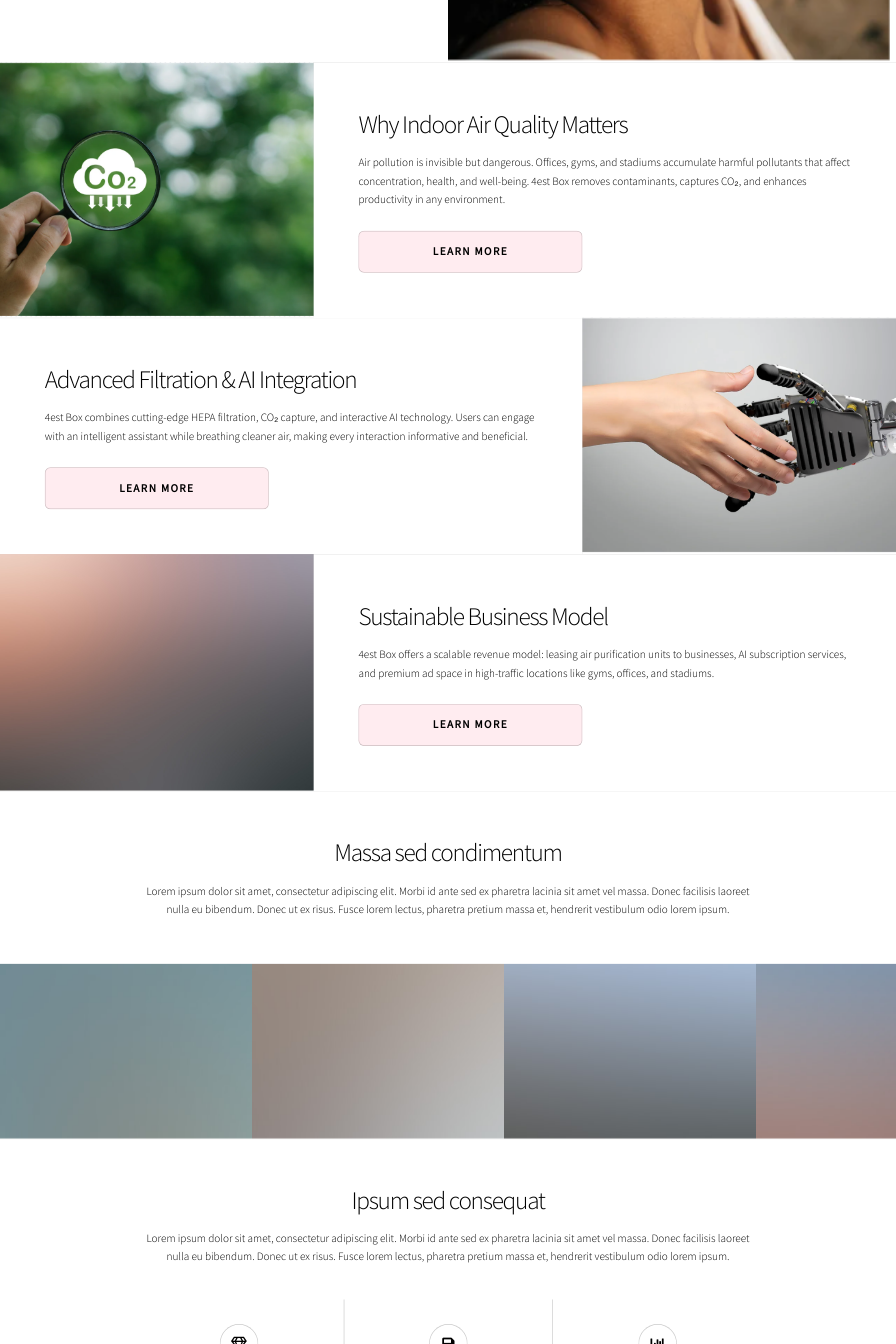
Repository: alejandroRdzGarza/4est-box-landing-page
Page: index.html
An editor plug-in stored every save of this project. The page is shown before and after a run of saves, followed by the edit.
The browser window is 1280 px wide. The pictures show the part of the page from y = 631 to 2551 px (the page is 5689 px tall), at 70% of full size.

Above is the page before, as saved 2025-03-04 19:01:55.

### index.html
<!DOCTYPE HTML>
<!--
	Story by HTML5 UP
	html5up.net | @ajlkn
	Free for personal and commercial use under the CCA 3.0 license (html5up.net/license)
-->
<html>
	<head>
		<title>Story by HTML5 UP</title>
		<meta charset="utf-8" />
		<meta name="viewport" content="width=device-width, initial-scale=1, user-scalable=no" />
		<link rel="stylesheet" href="assets/css/main.css" />
		<link rel="stylesheet" href="assets/css/pricing-table.css" />
		<noscript><link rel="stylesheet" href="assets/css/noscript.css" /></noscript>
	</head>
	<body class="is-preload">

		<!-- Wrapper -->
			<div id="wrapper" class="divided">

				<!-- One -->
					<section class="banner style1 orient-left content-align-left image-position-right fullscreen onload-image-fade-in onload-content-fade-right">
						<div class="content">
							<h1>4est-box</h1>
							<p class="major">Purifying the air you breathe while providing interactive experiences and sustainable advertising solutions. 4est Box is the future of clean air technology for indoor spaces.</p>
							<ul class="actions stacked">
								<li><a href="#first" class="button big wide smooth-scroll-middle">Get Started</a></li>
							</ul>
						</div>
						<div class="image">
							<img src="images-landing/5.png" alt="" />
						</div>
					</section>

				<!-- Two -->
					<section class="spotlight style1 orient-right content-align-left image-position-center onscroll-image-fade-in" id="first">
						<div class="content">
							<h2>Why Indoor Air Quality Matters</h2>
							<p>Air pollution is invisible but dangerous. Offices, gyms, and stadiums accumulate harmful pollutants that affect concentration, health, and well-being. 4est Box removes contaminants, captures CO₂, and enhances productivity in any environment.</p>
							<ul class="actions stacked">
								<li><a href="#" class="button">Learn More</a></li>
							</ul>
						</div>
						<div class="image">
							<img src="images-landing/1.png" alt="" />
						</div>
					</section>

				<!-- Three -->
					<section class="spotlight style1 orient-left content-align-left image-position-center onscroll-image-fade-in">
						<div class="content">
							<h2>Advanced Filtration & AI Integration</h2>
							<p>4est Box combines cutting-edge HEPA filtration, CO₂ capture, and interactive AI technology. Users can engage with an intelligent assistant while breathing cleaner air, making every interaction informative and beneficial.</p>
							<ul class="actions stacked">
								<li><a href="#" class="button">Learn More</a></li>
							</ul>
						</div>
						<div class="image">
							<img src="images-landing/2.png" alt="" />
						</div>
					</section>

				<!-- Four -->
					<section class="spotlight style1 orient-right content-align-left image-position-center onscroll-image-fade-in">
						<div class="content">
							<h2>Sustainable Business Model</h2>
							<p>4est Box offers a scalable revenue model: leasing air purification units to businesses, AI subscription services, and premium ad space in high-traffic locations like gyms, offices, and stadiums.</p>
							<ul class="actions stacked">
								<li><a href="#" class="button">Learn More</a></li>
							</ul>
						</div>
						<div class="image">
							<img src="images/spotlight03.jpg" alt="" />
						</div>
					</section>

				<!-- Five -->
					<section class="wrapper style1 align-center">
						<div class="inner">
							<h2>Massa sed condimentum</h2>
							<p>Lorem ipsum dolor sit amet, consectetur adipiscing elit. Morbi id ante sed ex pharetra lacinia sit amet vel massa. Donec facilisis laoreet nulla eu bibendum. Donec ut ex risus. Fusce lorem lectus, pharetra pretium massa et, hendrerit vestibulum odio lorem ipsum.</p>
						</div>

						<!-- Gallery -->
							<div class="gallery style2 medium lightbox onscroll-fade-in">
								<article>
									<a href="images/gallery/fulls/01.jpg" class="image">
										<img src="images/gallery/thumbs/01.jpg" alt="" />
									</a>
									<div class="caption">
										<h3>Ipsum Dolor</h3>
										<p>Lorem ipsum dolor amet, consectetur magna etiam elit. Etiam sed ultrices.</p>
										<ul class="actions fixed">
											<li><span class="button small">Details</span></li>
										</ul>
									</div>
								</article>
								<article>
									<a href="images/gallery/fulls/02.jpg" class="image">
										<img src="images/gallery/thumbs/02.jpg" alt="" />
									</a>
									<div class="caption">
										<h3>Feugiat Lorem</h3>
										<p>Lorem ipsum dolor amet, consectetur magna etiam elit. Etiam sed ultrices.</p>
										<ul class="actions fixed">
											<li><span class="button small">Details</span></li>
										</ul>
									</div>
								</article>
								<article>
									<a href="images/gallery/fulls/03.jpg" class="image">
										<img src="images/gallery/thumbs/03.jpg" alt="" />
									</a>
									<div class="caption">
										<h3>Magna Amet</h3>
										<p>Lorem ipsum dolor amet, consectetur magna etiam elit. Etiam sed ultrices.</p>
										<ul class="actions fixed">
											<li><span class="button small">Details</span></li>
										</ul>
									</div>
								</article>
								<article>
									<a href="images/gallery/fulls/04.jpg" class="image">
										<img src="images/gallery/thumbs/04.jpg" alt="" />
									</a>
									<div class="caption">
										<h3>Sed Tempus</h3>
										<p>Lorem ipsum dolor amet, consectetur magna etiam elit. Etiam sed ultrices.</p>
										<ul class="actions fixed">
											<li><span class="button small">Details</span></li>
										</ul>
									</div>
								</article>
								<article>
									<a href="images/gallery/fulls/05.jpg" class="image">
										<img src="images/gallery/thumbs/05.jpg" alt="" />
									</a>
									<div class="caption">
										<h3>Ultrices Magna</h3>
										<p>Lorem ipsum dolor amet, consectetur magna etiam elit. Etiam sed ultrices.</p>
										<ul class="actions fixed">
											<li><span class="button small">Details</span></li>
										</ul>
									</div>
								</article>
								<article>
									<a href="images/gallery/fulls/06.jpg" class="image">
										<img src="images/gallery/thumbs/06.jpg" alt="" />
									</a>
									<div class="caption">
										<h3>Sed Tempus</h3>
										<p>Lorem ipsum dolor amet, consectetur magna etiam elit. Etiam sed ultrices.</p>
										<ul class="actions fixed">
											<li><span class="button small">Details</span></li>
										</ul>
									</div>
								</article>
								<article>
									<a href="images/gallery/fulls/07.jpg" class="image">
										<img src="images/gallery/thumbs/07.jpg" alt="" />
									</a>
									<div class="caption">
										<h3>Ipsum Lorem</h3>
										<p>Lorem ipsum dolor amet, consectetur magna etiam elit. Etiam sed ultrices.</p>
										<ul class="actions fixed">
											<li><span class="button small">Details</span></li>
										</ul>
									</div>
								</article>
								<article>
									<a href="images/gallery/fulls/08.jpg" class="image">
										<img src="images/gallery/thumbs/08.jpg" alt="" />
									</a>
									<div class="caption">
										<h3>Magna Risus</h3>
										<p>Lorem ipsum dolor amet, consectetur magna etiam elit. Etiam sed ultrices.</p>
										<ul class="actions fixed">
											<li><span class="button small">Details</span></li>
										</ul>
									</div>
								</article>
								<article>
									<a href="images/gallery/fulls/09.jpg" class="image">
										<img src="images/gallery/thumbs/09.jpg" alt="" />
									</a>
									<div class="caption">
										<h3>Tempus Dolor</h3>
										<p>Lorem ipsum dolor amet, consectetur magna etiam elit. Etiam sed ultrices.</p>
										<ul class="actions fixed">
											<li><span class="button small">Details</span></li>
										</ul>
									</div>
								</article>
								<article>
									<a href="images/gallery/fulls/10.jpg" class="image">
										<img src="images/gallery/thumbs/10.jpg" alt="" />
									</a>
									<div class="caption">
										<h3>Sed Etiam</h3>
										<p>Lorem ipsum dolor amet, consectetur magna etiam elit. Etiam sed ultrices.</p>
										<ul class="actions fixed">
											<li><span class="button small">Details</span></li>
										</ul>
									</div>
								</article>
								<article>
									<a href="images/gallery/fulls/11.jpg" class="image">
										<img src="images/gallery/thumbs/11.jpg" alt="" />
									</a>
									<div class="caption">
										<h3>Magna Lorem</h3>
										<p>Lorem ipsum dolor amet, consectetur magna etiam elit. Etiam sed ultrices.</p>
										<ul class="actions fixed">
											<li><span class="button small">Details</span></li>
										</ul>
									</div>
								</article>
								<article>
									<a href="images/gallery/fulls/12.jpg" class="image">
										<img src="images/gallery/thumbs/12.jpg" alt="" />
									</a>
									<div class="caption">
										<h3>Ipsum Dolor</h3>
										<p>Lorem ipsum dolor amet, consectetur magna etiam elit. Etiam sed ultrices.</p>
										<ul class="actions fixed">
											<li><span class="button small">Details</span></li>
										</ul>
									</div>
								</article>
							</div>

					</section>

				<!-- Six -->
					<section class="wrapper style1 align-center">
						<div class="inner">
							<h2>Ipsum sed consequat</h2>
							<p>Lorem ipsum dolor sit amet, consectetur adipiscing elit. Morbi id ante sed ex pharetra lacinia sit amet vel massa. Donec facilisis laoreet nulla eu bibendum. Donec ut ex risus. Fusce lorem lectus, pharetra pretium massa et, hendrerit vestibulum odio lorem ipsum.</p>
							<div class="items style1 medium onscroll-fade-in">
								<section>
									<span class="icon style2 major fa-gem"></span>
									<h3>Lorem</h3>
									<p>Lorem ipsum dolor sit amet, consectetur adipiscing elit. Morbi dui turpis, cursus eget orci amet aliquam congue semper. Etiam eget ultrices risus nec tempor elit.</p>
								</section>
								<section>
									<span class="icon solid style2 major fa-save"></span>
									<h3>Ipsum</h3>
									<p>Lorem ipsum dolor sit amet, consectetur adipiscing elit. Morbi dui turpis, cursus eget orci amet aliquam congue semper. Etiam eget ultrices risus nec tempor elit.</p>
								</section>
								<section>
									<span class="icon solid style2 major fa-chart-bar"></span>
									<h3>Dolor</h3>
									<p>Lorem ipsum dolor sit amet, consectetur adipiscing elit. Morbi dui turpis, cursus eget orci amet aliquam congue semper. Etiam eget ultrices risus nec tempor elit.</p>
								</section>
								<section>
									<span class="icon solid style2 major fa-wifi"></span>
									<h3>Amet</h3>
									<p>Lorem ipsum dolor sit amet, consectetur adipiscing elit. Morbi dui turpis, cursus eget orci amet aliquam congue semper. Etiam eget ultrices risus nec tempor elit.</p>
								</section>
								<section>
									<span class="icon solid style2 major fa-cog"></span>
									<h3>Magna</h3>
									<p>Lorem ipsum dolor sit amet, consectetur adipiscing elit. Morbi dui turpis, cursus eget orci amet aliquam congue semper. Etiam eget ultrices risus nec tempor elit.</p>
								</section>
								<section>
									<span class="icon style2 major fa-paper-plane"></span>
									<h3>Tempus</h3>
									<p>Lorem ipsum dolor sit amet, consectetur adipiscing elit. Morbi dui turpis, cursus eget orci amet aliquam congue semper. Etiam eget ultrices risus nec tempor elit.</p>
								</section>
								<section>
									<span class="icon solid style2 major fa-desktop"></span>
									<h3>Aliquam</h3>
									<p>Lorem ipsum dolor sit amet, consectetur adipiscing elit. Morbi dui turpis, cursus eget orci amet aliquam congue semper. Etiam eget ultrices risus nec tempor elit.</p>
								</section>
								<section>
									<span class="icon solid style2 major fa-sync-alt"></span>
									<h3>Elit</h3>
									<p>Lorem ipsum dolor sit amet, consectetur adipiscing elit. Morbi dui turpis, cursus eget orci amet aliquam congue semper. Etiam eget ultrices risus nec tempor elit.</p>
								</section>
								<section>
									<span class="icon solid style2 major fa-hashtag"></span>
									<h3>Morbi</h3>
									<p>Lorem ipsum dolor sit amet, consectetur adipiscing elit. Morbi dui turpis, cursus eget orci amet aliquam congue semper. Etiam eget ultrices risus nec tempor elit.</p>
								</section>
								<section>
									<span class="icon solid style2 major fa-bolt"></span>
									<h3>Turpis</h3>
									<p>Lorem ipsum dolor sit amet, consectetur adipiscing elit. Morbi dui turpis, cursus eget orci amet aliquam congue semper. Etiam eget ultrices risus nec tempor elit.</p>
								</section>
								<section>
									<span class="icon solid style2 major fa-envelope"></span>
									<h3>Ultrices</h3>
									<p>Lorem ipsum dolor sit amet, consectetur adipiscing elit. Morbi dui turpis, cursus eget orci amet aliquam congue semper. Etiam eget ultrices risus nec tempor elit.</p>
								</section>
								<section>
									<span class="icon solid style2 major fa-leaf"></span>
									<h3>Risus</h3>
									<p>Lorem ipsum dolor sit amet, consectetur adipiscing elit. Morbi dui turpis, cursus eget orci amet aliquam congue semper. Etiam eget ultrices risus nec tempor elit.</p>
								</section>
							</div>
						</div>
					</section>


					<section class="plans__container">
						<div class="plans">
						<div class="plansHero">
							<h1 class="plansHero__title">Simple, transparent pricing</h1>
							<p class="plansHero__subtitle">No contracts. No suprise fees.</p>
						</div>
						<div class="planItem__container">
							<!--free plan starts -->
							<div class="planItem planItem--free">

							<div class="card">
								<div class="card__header">
								<div class="card__icon symbol symbol--rounded"></div>
								<h2>Free</h2>
								</div>
								<div class="card__desc">Lorem ipsum dolor sit amet, consectetur adipisicing elit, sed do</div>
							</div>

							<div class="price">$0<span>/ month</span></div>

							<ul class="featureList">
								<li>2 links</li>
								<li>Own analytics platform</li>
								<li class="disabled">Chat support</li>
								<li class="disabled">Mobile application</li>
								<li class="disabled">Unlimited users</li>
							</ul>

							<button class="button">Get Started</button>
							</div>
							<!--free plan ends -->

							<!--pro plan starts -->
							<div class="planItem planItem--pro">
							<div class="card">
								<div class="card__header">
								<div class="card__icon symbol"></div>
								<h2>Pro</h2>
								<div class="card__label label">Best Value</div>
								</div>
								<div class="card__desc">Ut enim ad minim veniam, quis nostrud exercitation ullamco laboris</div>
							</div>

							<div class="price">$18<span>/ month</span></div>

							<ul class="featureList">
								<li>2 links</li>
								<li>Own analytics platform</li>
								<li>Chat support</li>
								<li class="disabled">Mobile application</li>
								<li class="disabled">Unlimited users</li>
							</ul>

							<button class="button button--pink">Get Started</button>
							</div>
							<!--pro plan ends -->

							<!--entp plan starts -->
							<div class="planItem planItem--entp">
							<div class="card">
								<div class="card__header">
								<div class="card__icon"></div>
								<h2>Enterprise</h2>
								</div>
								<div class="card__desc">Nisi ut aliquip ex ea commodo consequat. Duis aute irure dolor</div>
							</div>

							<div class="price">Let's Talk</div>

							<ul class="featureList">
								<li>2 links</li>
								<li>Own analytics platform</li>
								<li>Chat support</li>
								<li>Mobile application</li>
								<li>Unlimited users</li>
								<li>Customize Panel</li>
							</ul>

							<button class="button button--white">Get Started</button>
							</div>
							<!--entp plan ends -->

						</div>
						</div>
					</section>

				<!-- Seven -->
					<section class="wrapper style1 align-center">
						<div class="inner medium">
							<h2>Get in touch</h2>
							<form method="post" action="#">
								<div class="fields">
									<div class="field half">
										<label for="name">Name</label>
										<input type="text" name="name" id="name" value="" />
									</div>
									<div class="field half">
										<label for="email">Email</label>
										<input type="email" name="email" id="email" value="" />
									</div>
									<div class="field">
										<label for="message">Message</label>
										<textarea name="message" id="message" rows="6"></textarea>
									</div>
								</div>
								<ul class="actions special">
									<li><input type="submit" name="submit" id="submit" value="Send Message" /></li>
								</ul>
							</form>

						</div>
					</section>

				<!-- Footer -->
					<footer class="wrapper style1 align-center">
						<div class="inner">
							<ul class="icons">
								<li><a href="#" class="icon brands style2 fa-twitter"><span class="label">Twitter</span></a></li>
								<li><a href="#" class="icon brands style2 fa-facebook-f"><span class="label">Facebook</span></a></li>
								<li><a href="#" class="icon brands style2 fa-instagram"><span class="label">Instagram</span></a></li>
								<li><a href="#" class="icon brands style2 fa-linkedin-in"><span class="label">LinkedIn</span></a></li>
								<li><a href="#" class="icon style2 fa-envelope"><span class="label">Email</span></a></li>
							</ul>
							<p>&copy; Untitled. Design: <a href="https://html5up.net">HTML5 UP</a>.</p>
						</div>
					</footer>

			</div>

		<!-- Scripts -->
			<script src="assets/js/jquery.min.js"></script>
			<script src="assets/js/jquery.scrollex.min.js"></script>
			<script src="assets/js/jquery.scrolly.min.js"></script>
			<script src="assets/js/browser.min.js"></script>
			<script src="assets/js/breakpoints.min.js"></script>
			<script src="assets/js/util.js"></script>
			<script src="assets/js/main.js"></script>

	</body>
</html>

Loaded but not shown: assets/css/main.css (library); assets/css/fontawesome-all.min.css (library); assets/js/jquery.min.js (library); assets/js/jquery.scrollex.min.js (common file); assets/js/jquery.scrolly.min.js (common file); assets/js/browser.min.js (common file); assets/js/breakpoints.min.js (common file); assets/js/util.js (587 lines, source omitted); assets/js/main.js (341 lines, source omitted); assets/css/pricing-table.css (287 lines, source omitted)

After the next 2 saves:
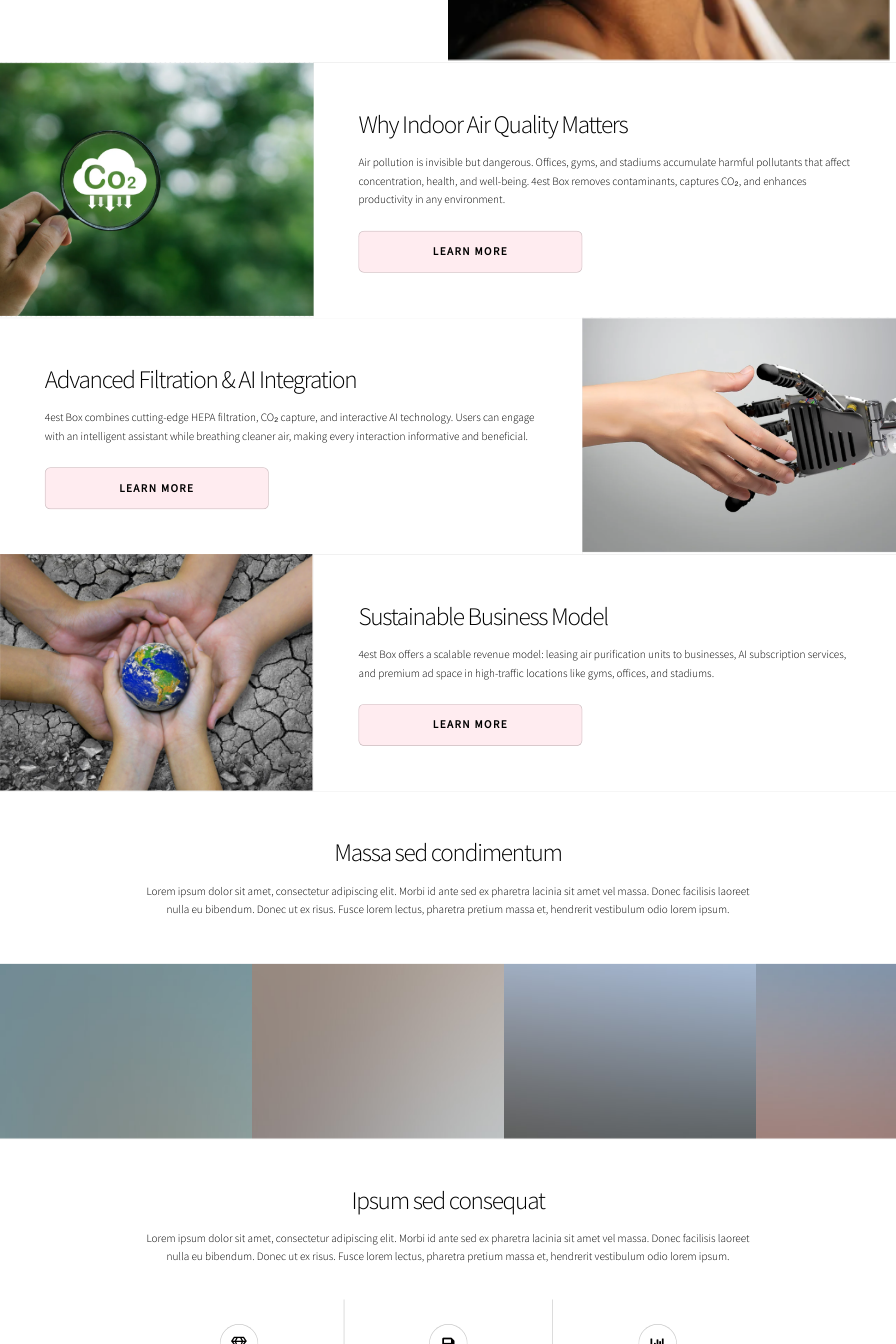
The 2 saves are shown as one change because they came seconds apart.
The last was saved 30 s later.
--- a/index.html
+++ b/index.html
@@ -70,7 +70,7 @@
 							</ul>
 						</div>
 						<div class="image">
-							<img src="images/spotlight03.jpg" alt="" />
+							<img src="images-landing/6.png" alt="" />
 						</div>
 					</section>
 
